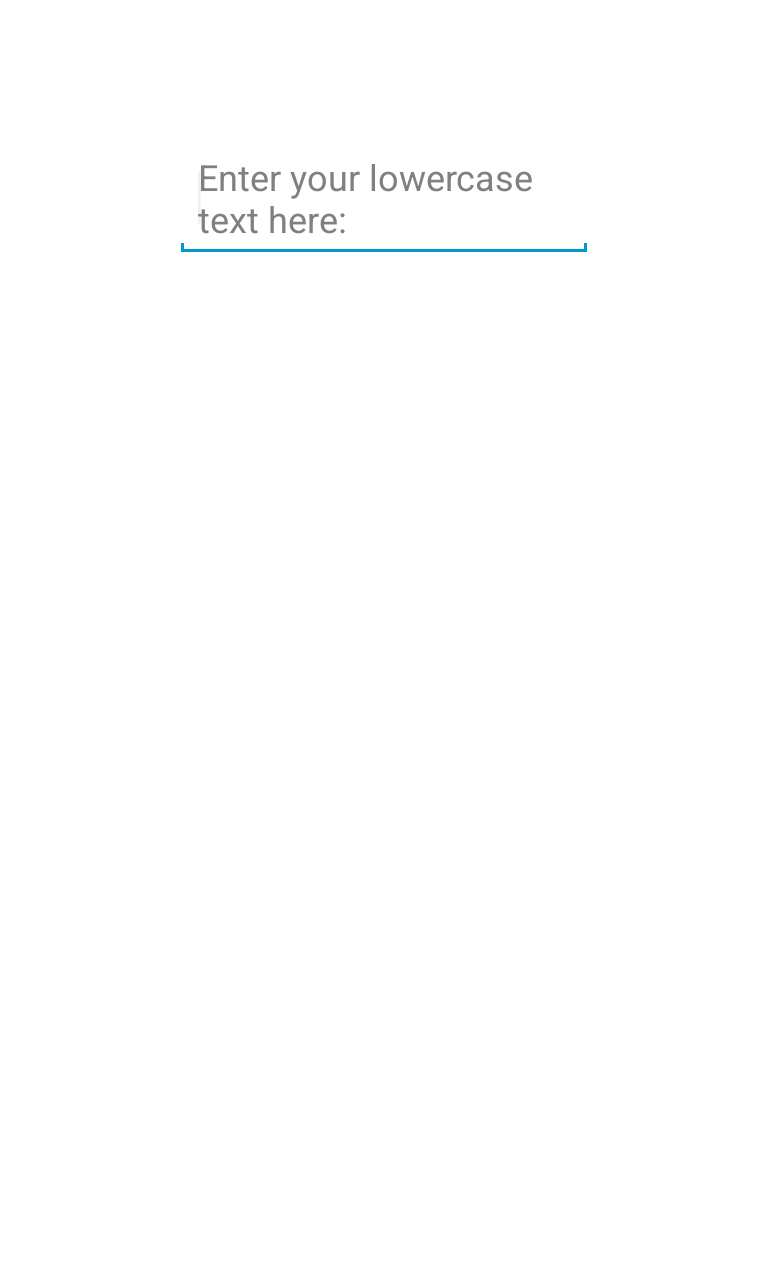
Repository: worxli/DS-Assigment3
Layout: VS-lukasbi-capitalize/res/layout/activity_main.xml
An editor plug-in stored every save of this project. The layout is shown before and after the next save, followed by the edit.
It is drawn on a 768 x 1280 px phone screen (xhdpi) without system bars, with theme AppTheme; the app's code is not run.

Above is the layout before, as saved 2013-10-31 10:13:00.

After the next save:
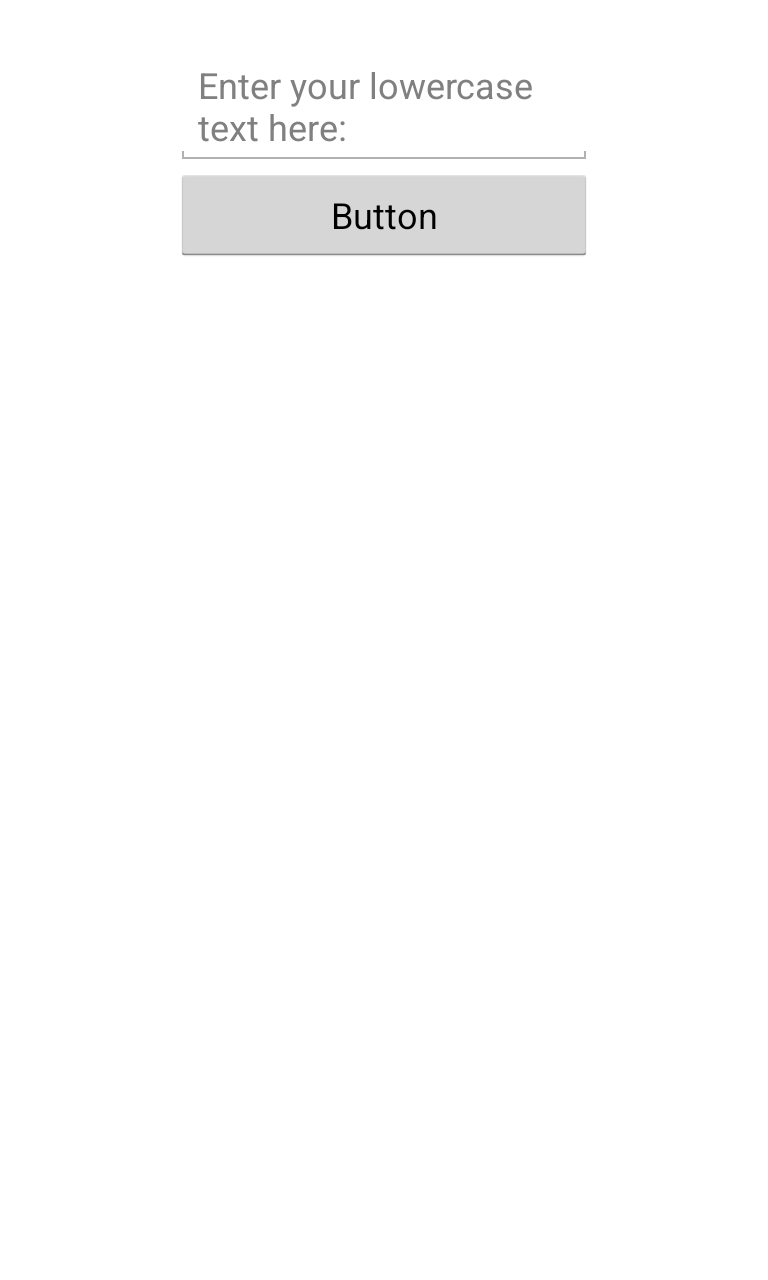
Saved 52 s later.
--- a/VS-lukasbi-capitalize/res/layout/activity_main.xml
+++ b/VS-lukasbi-capitalize/res/layout/activity_main.xml
@@ -7,19 +7,6 @@
     android:paddingRight="@dimen/activity_horizontal_margin"
     android:paddingTop="@dimen/activity_vertical_margin"
     tools:context=".MainActivity" >
-
-    <EditText
-        android:id="@+id/lowercase"
-        android:layout_width="wrap_content"
-        android:layout_height="wrap_content"
-        android:layout_alignParentTop="true"
-        android:layout_centerHorizontal="true"
-        android:layout_marginTop="53dp"
-        android:hint="@string/info"
-        android:ems="10" >
-
-        <requestFocus />
-    </EditText>
 
     <TextView
         android:id="@+id/uppercase"
@@ -32,4 +19,22 @@
         android:text=""
         android:textAppearance="?android:attr/textAppearanceLarge" />
 
+    <Button
+        android:id="@+id/convert"
+        android:layout_width="wrap_content"
+        android:layout_height="wrap_content"
+        android:layout_alignLeft="@+id/lowercase"
+        android:layout_alignRight="@+id/lowercase"
+        android:layout_below="@+id/lowercase"
+        android:text="Button" />
+
+    <EditText
+        android:id="@+id/lowercase"
+        android:layout_width="wrap_content"
+        android:layout_height="wrap_content"
+        android:layout_alignBottom="@+id/uppercase"
+        android:layout_centerHorizontal="true"
+        android:ems="10"
+        android:hint="@string/info" />
+
 </RelativeLayout>
